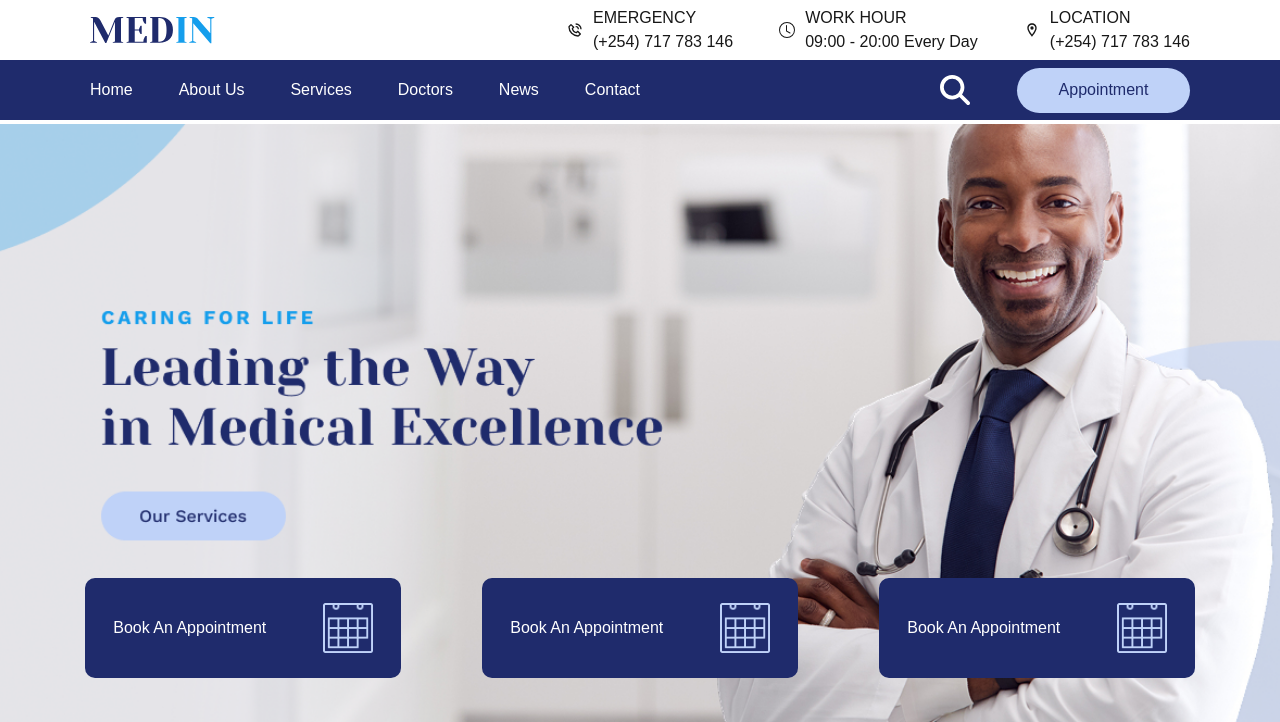
Repository: SynHK3/Poc_Hospital
Page: /home (app in fe_hospital/)
These files come from the project's save history. The page is drawn as it stood at one moment and after the next save; the edit follows.
The browser window is 1280 px wide. The pictures show the whole page.
The project was rebuilt for these pictures with package versions that can differ from the ones it lists, and the page was loaded fresh each time. The framework's server and built-in components were replaced by stand-ins that run in the browser. Also part of the build but not shown: fe_hospital/next.config.ts.

Above is the page before, as saved 2025-09-02 14:39:25.

After the next save:
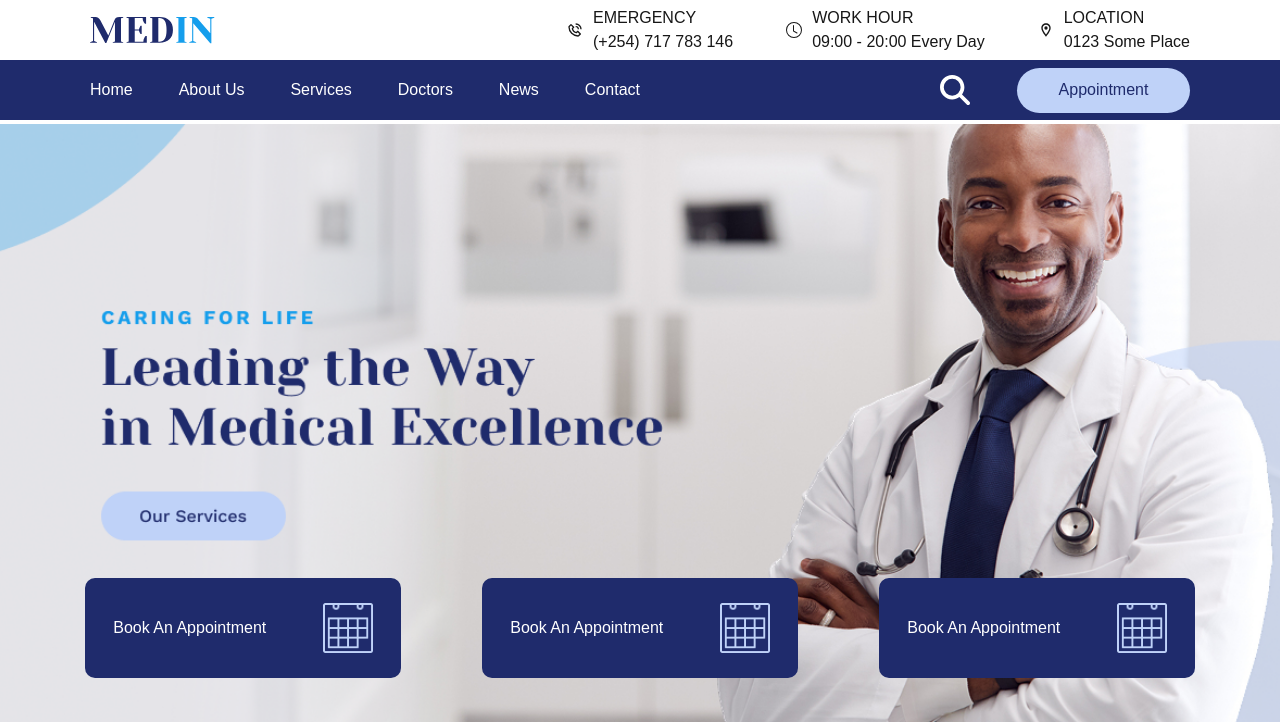
Saved 21 s later.
--- a/fe_hospital/src/components/header/header.tsx
+++ b/fe_hospital/src/components/header/header.tsx
@@ -37,7 +37,7 @@ export default function Header() {
 
               <div className="header__headline--info--desc">
                 <h3>LOCATION</h3>
-                <h5>(+254) 717 783 146</h5>
+                <h5>0123 Some Place</h5>
               </div>
             </div>
           </div>
